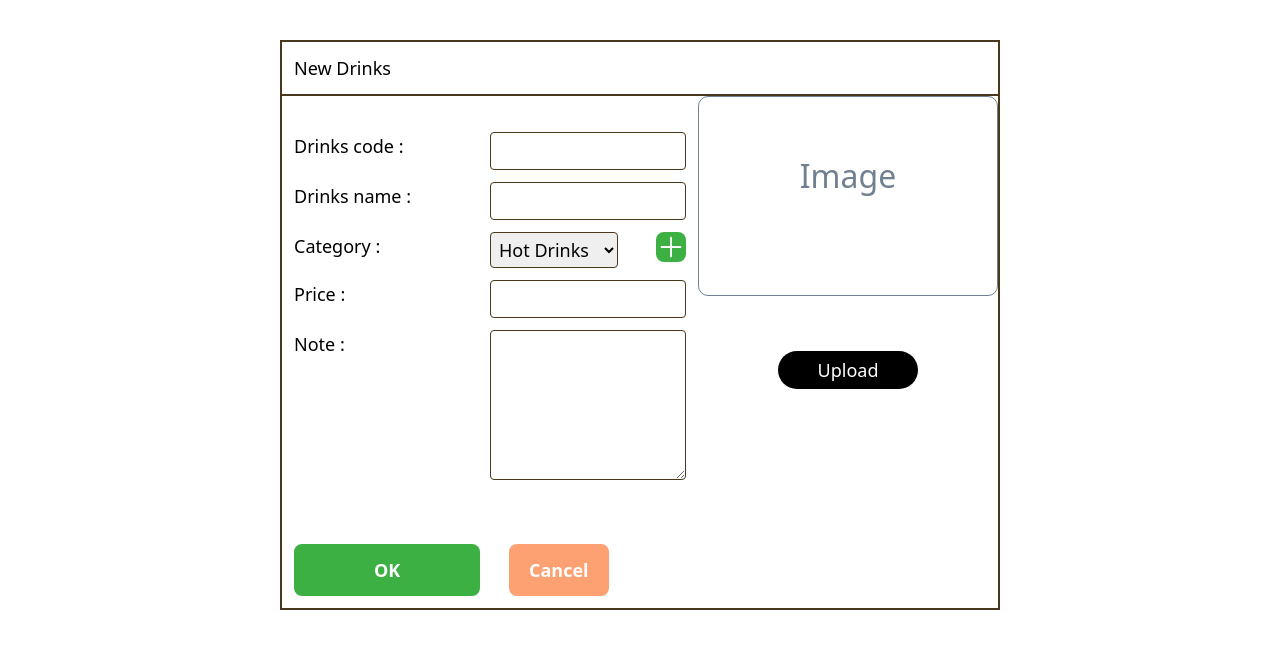
Repository: Dapravith/Midterm-SE-GIC-Cafe-Project-Group16
Page: bin/main/templates/addDrink.html
These files come from the project's save history. The page is drawn as it stood at one moment and after the next save; the edit follows.
The browser window is 1280 px wide. The pictures show the whole page.
Some web libraries are served in a nearby version.

Above is the page before, as saved 2023-05-17 07:36:04.

After the next save:
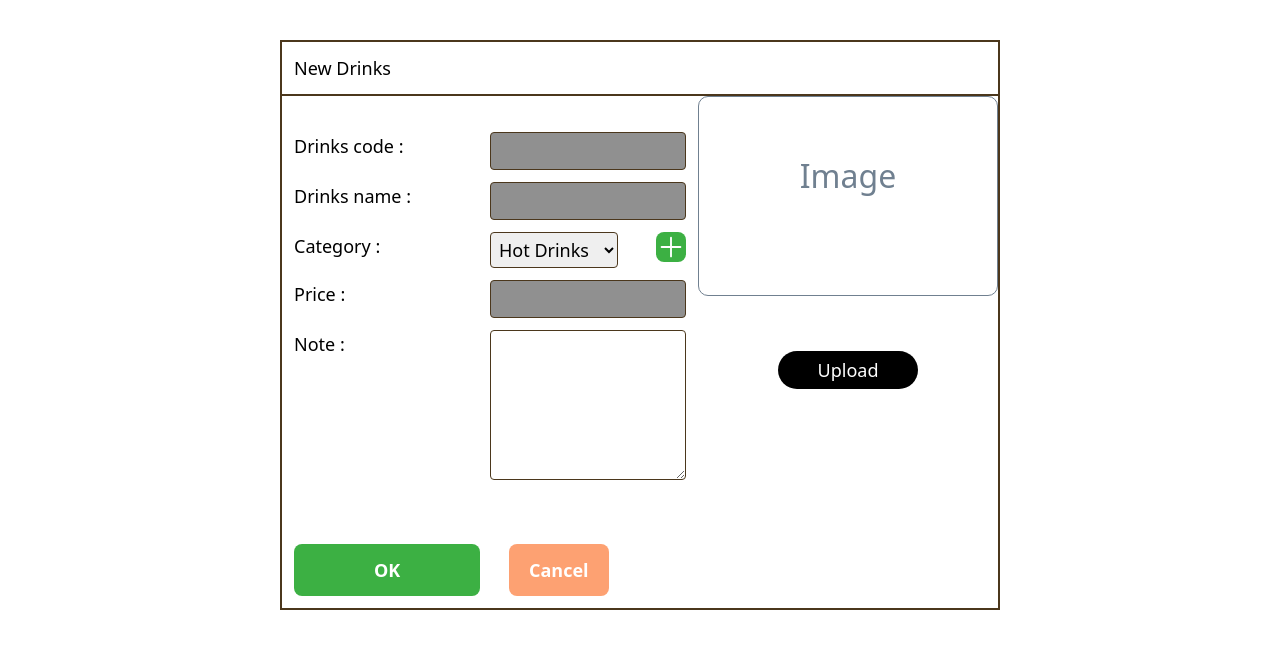
Saved 104 s later.
--- a/bin/main/templates/addDrink.html
+++ b/bin/main/templates/addDrink.html
@@ -60,6 +60,11 @@
             color: #fff;
             font-weight: 800px;
             cursor: pointer;
+        }
+
+        input:nth-child(2) {
+            flex: 1;
+            background-color: #909090;
         }
     </style>
 </head>
